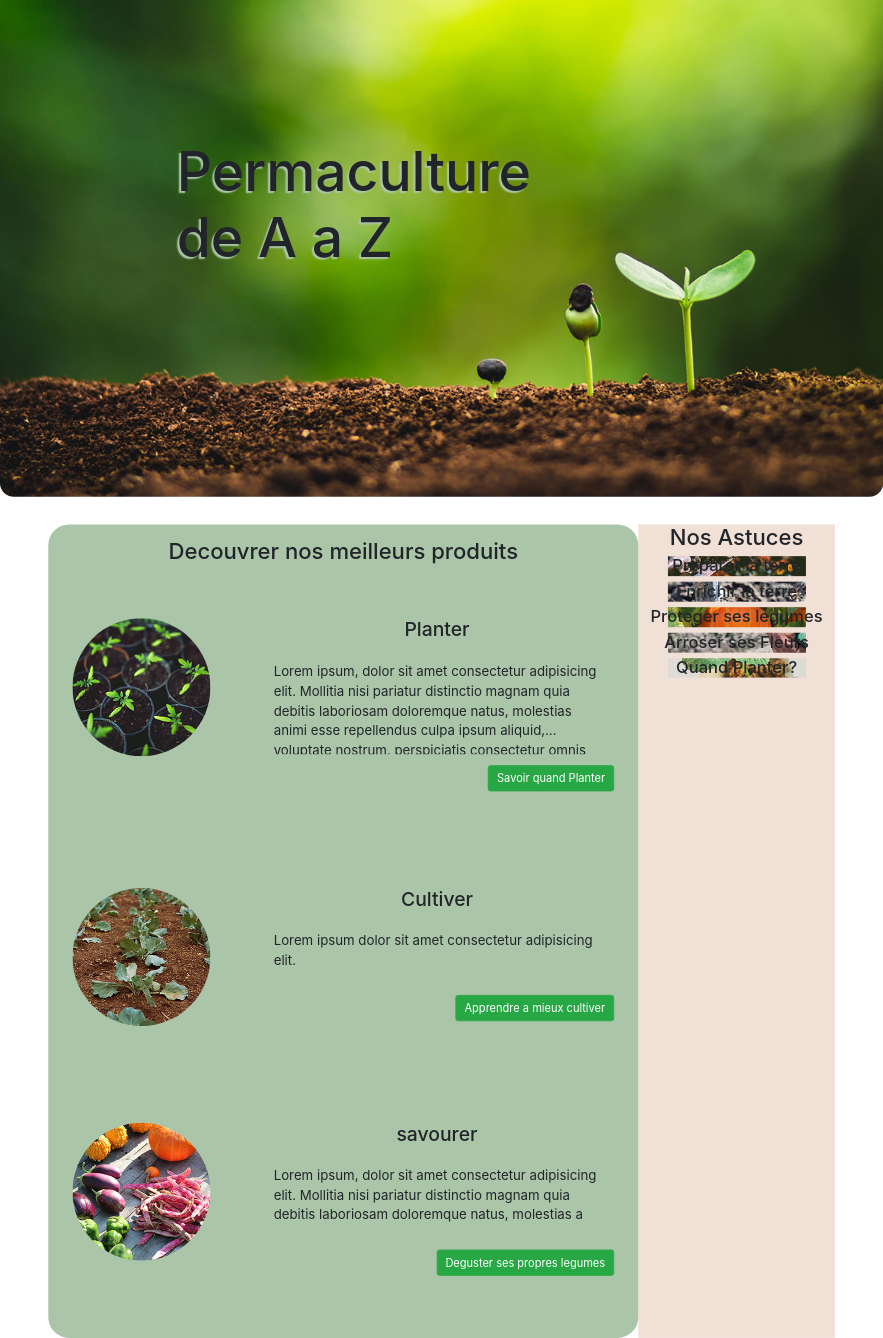
Repository: ahthionkevin/permaculture
Page: index.html
These files come from the project's save history. The page is drawn as it stood at one moment and after the next save; the edit follows.
The browser window is 1280 px wide. The pictures show the whole page, at 69% of full size.
Backgrounds fixed to the window are drawn as part of the page.

Above is the page before, as saved 2021-07-06 22:11:18.

### index.html
<!DOCTYPE html>
<html lang="fr">
<head>
    <meta charset="UTF-8">
    <meta http-equiv="X-UA-Compatible" content="IE=edge">
    <meta name="viewport" content="width=device-width, initial-scale=1.0">
    <title>Document</title>
    <link rel="stylesheet" href="./bootstrap.css">
    <link rel="stylesheet" href="./style.css">
</head>
<body>
    <header>
        <h1>Permaculture <br>de A a Z</h1>
    </header>
    <div class="container">
        <div class="row">
            <div class="col-lg-9" id="leftPart">
                <h2>Decouvrer nos meilleurs produits</h2>
                <div class="container">
                    <div class="row element">
                        <div class="col-sm-4">
                            <img src="./media/planter.jpg" alt="planter">
                        </div>
                        <div class="col-sm-8">
                            <h3>Planter</h3>
                            <p>Lorem ipsum, dolor sit amet consectetur adipisicing elit. Mollitia nisi pariatur distinctio magnam quia debitis laboriosam doloremque natus, molestias animi esse repellendus culpa ipsum aliquid, voluptate nostrum, perspiciatis consectetur omnis ipsa beatae? Debitis commodi rem voluptatum porro illo accusantium voluptas.</p>
                            <div class="bouton">
                                <button class="btn btn-success">Savoir quand Planter</button>
                            </div>

                        </div>
                    </div>

                    <div class="row element">
                        <div class="col-sm-4">
                            <img src="./media/cultiver.jpg" alt="cultiver">
                        </div>
                        <div class="col-sm-8">
                            <h3>Cultiver</h3>
                            <p>Lorem ipsum dolor sit amet consectetur adipisicing elit.</p>
                            <div class="bouton">
                                <button class="btn btn-success">Apprendre a mieux cultiver</button>
                            </div>

                        </div>
                    </div>

                    <div class="row element">
                        <div class="col-sm-4">
                            <img src="./media/savourer.jpg" alt="savourer">
                        </div>
                        <div class="col-sm-8">
                            <h3>savourer</h3>
                            <p>Lorem ipsum, dolor sit amet consectetur adipisicing elit. Mollitia nisi pariatur distinctio magnam quia debitis laboriosam doloremque natus, molestias a</p>
                            <div class="bouton">
                                <button class="btn btn-success">Deguster ses propres legumes</button>
                            </div>

                        </div>
                    </div>
                </div>
            </div>

            <div class="col-lg-3" id="rightPart">
                <h2>Nos Astuces</h2>
                <div class="tips" style="background: url(./media/preparer.jpeg) no-repeat 50% 50%;">
                    <h4>Preparer la terre</h4>
                </div>

                <div class="tips" style="background: url(./media/enrichir.jpeg) no-repeat 50% 50%;">
                    <h4>Enrichir la terre</h4>
                </div>

                <div class="tips" style="background: url(./media/proteger.jpg) no-repeat 50% 50%;">
                    <h4>Proteger ses legumes</h4>
                </div>

                <div class="tips" style="background: url(./media/arroser.jpg) no-repeat 50% 50%;">
                    <h4>Arroser ses Fleurs</h4>
                </div>

                <div class="tips" style="background: url(./media/quand-planter.jpeg) no-repeat 50% 50%;">
                    <h4>Quand Planter?</h4>
                </div>
            </div>
        </div>
    </div>

</body>
</html>

### style.css
html{
    scroll-behavior: smooth;
}

h2, h3, h4, .nav-item, #transition, footer{
    text-align: center;
}

header{
    background: url(./media/main.jpg) no-repeat fixed 50% 50%;
    background-size: cover;
    height: 100vh;
    border-radius: 0 0 20px 20px;
    margin-bottom: 40px;
}

h1{
    font-size: 5rem;
    padding: 200px 0 0 20%;
    text-shadow: -3px 3px 2px #abc5a9;
    animation: titre ease 3.5s;
}

@keyframes titre {
    0%{
        opacity: 0;
        transform: translate(0px,180px);
    }
    100%{
        opacity: 1;
        transform: translate(0px,0px);
    }
}


/* *******************LEFT PART***************** */
#leftPart{
    background-color: #abc5a9;
    border-radius: 30px;
    padding: 20px;
}

.element{
    padding: 70px 0;
}

.element img{
    border-radius: 50%;
    width: 200px;
}

.element p{
    font-size: 1.2rem;
    display: -webkit-box;
    -webkit-box-orient: vertical;
    -webkit-line-clamp: 4;
    overflow: hidden;
    padding: 20px;
}
.element .bouton{
    text-align: right;
    max-width: 15px 4% 0 0;
}


/* ***************RIGHT PART*********** */
#rightPart{
    background-color: #b633;
}

Loaded but not shown: bootstrap.css (library)

After the next save:
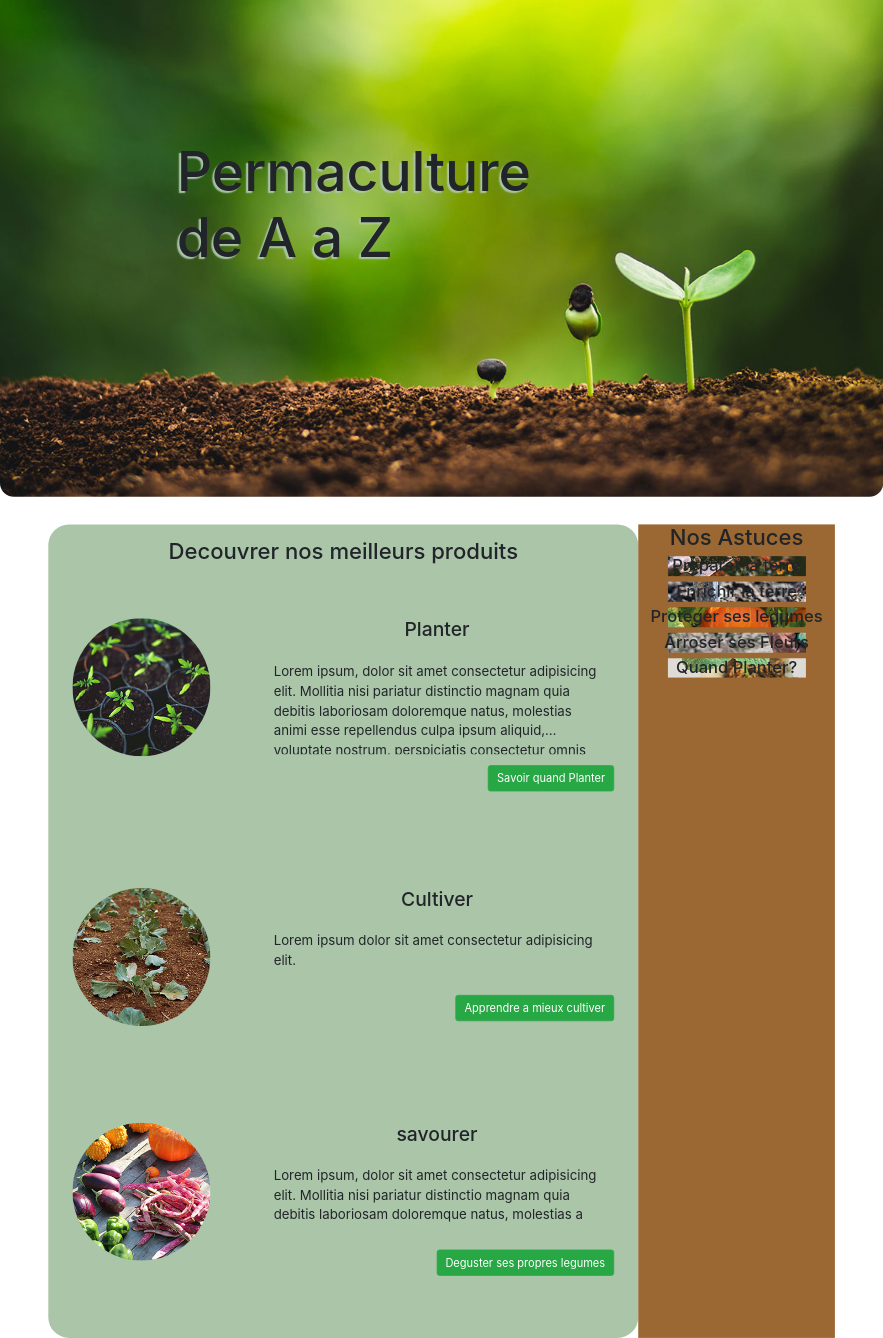
Saved 40 s later.
--- a/style.css
+++ b/style.css
@@ -65,5 +65,5 @@ h1{
 
 /* ***************RIGHT PART*********** */
 #rightPart{
-    background-color: #b633;
+    background-color: #9b6833;
 }
